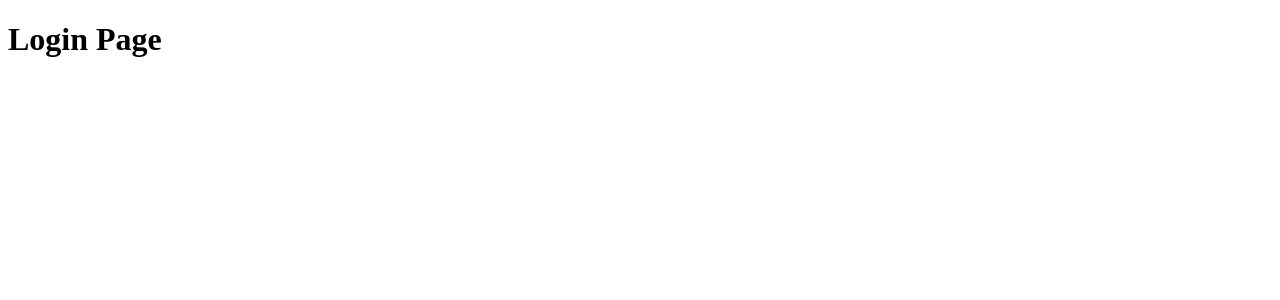
Repository: Nitingupta04/work
Page: Servlet_Projects/Jtc1/src/main/webapp/login.html
An editor plug-in stored every save of this project. The page is shown before and after the next save, followed by the edit.
The browser window is 1280 px wide. The pictures show the whole page.

Above is the page before, as saved 2024-06-28 05:00:51.

After the next save:
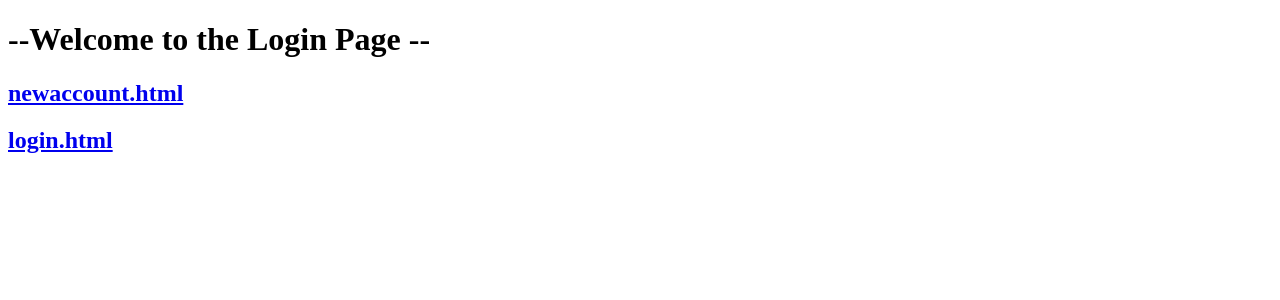
Saved 4 min 0 s later.
--- a/Servlet_Projects/Jtc1/src/main/webapp/login.html
+++ b/Servlet_Projects/Jtc1/src/main/webapp/login.html
@@ -7,8 +7,10 @@
 </head>
 
 <body>
-	<h1>Login Page
-	</h1>
+	<h1>--Welcome to the Login Page -- </h1>
+
+	<h2><a href="Creare a New Account ">newaccount.html</a></h2>
+	<h2><a href="Login ">login.html</a></h2>
 
 </body>
 
